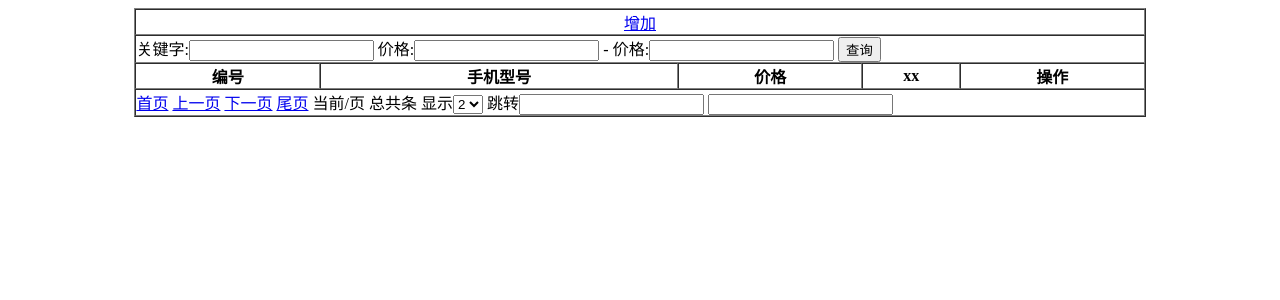
Repository: qyl1006/JavaCode
Page: http://localhost/tack03/WEB-INF/views/product/list.jsp
An editor plug-in stored every save of this project. The page is shown before and after the next save, followed by the edit.
The browser window is 1280 px wide. The pictures show the whole page.
The page is served by Tomcat 9. Nobody is signed in. The template is opened directly, without the code that normally fills it, so the values that code supplies are empty.

Above is the page before, as saved 2018-03-15 12:36:44.

After the next save:
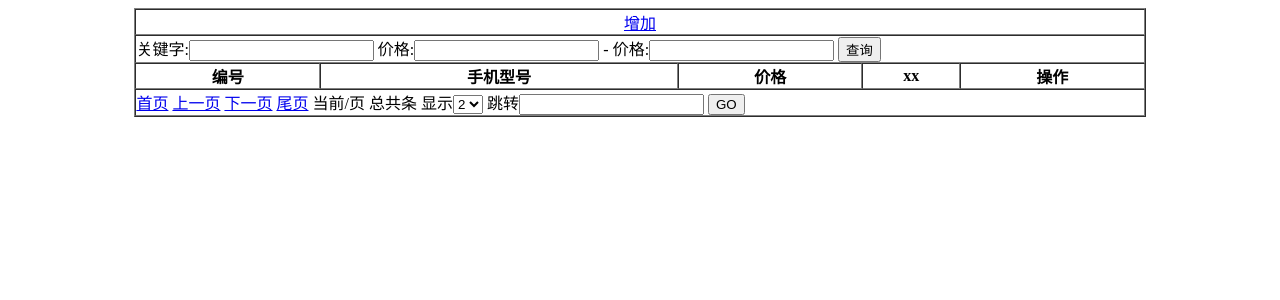
Saved 24 s later.
--- a/workspace/tack03/webapp/WEB-INF/views/product/list.jsp
+++ b/workspace/tack03/webapp/WEB-INF/views/product/list.jsp
@@ -66,7 +66,7 @@
 							<option ${result.pageSize == 6 ? 'selected' : ''}>6</option>
 						</select>
 					跳转<input type="text" name="currentPage" value="${result.currentPage}"/>
-						<input />
+						<input type="submit" value="GO"/>
 			</td>
 		</tr>
 	</table>
